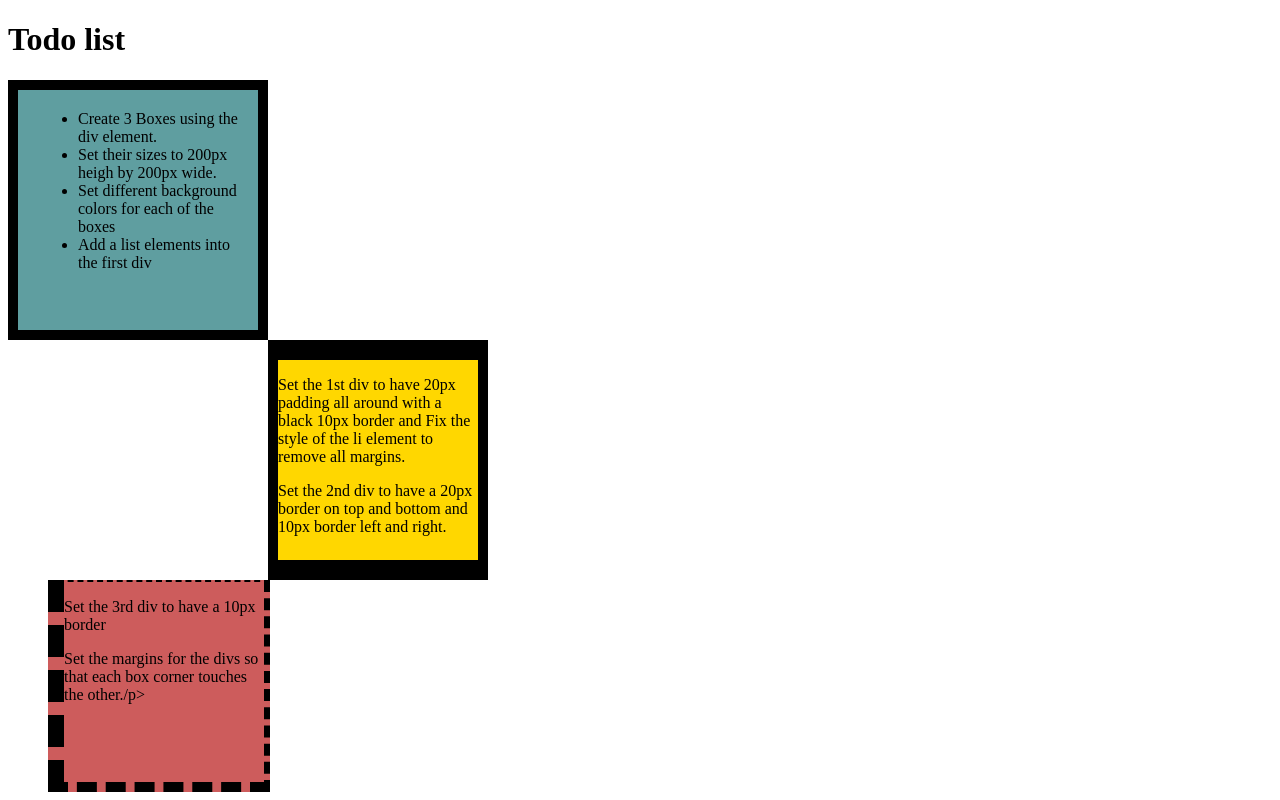
Repository: aniatot/CSS_KT
Page: 6.3 CSS Box Model/index.html
The author's editor kept a copy of each file at every save. The page is drawn from the files as they stood at one save, then again after the next save.
The browser window is 1280 px wide. The pictures show the whole page.

Above is the page before, as saved 2023-10-18 20:23:03.

After the next save:
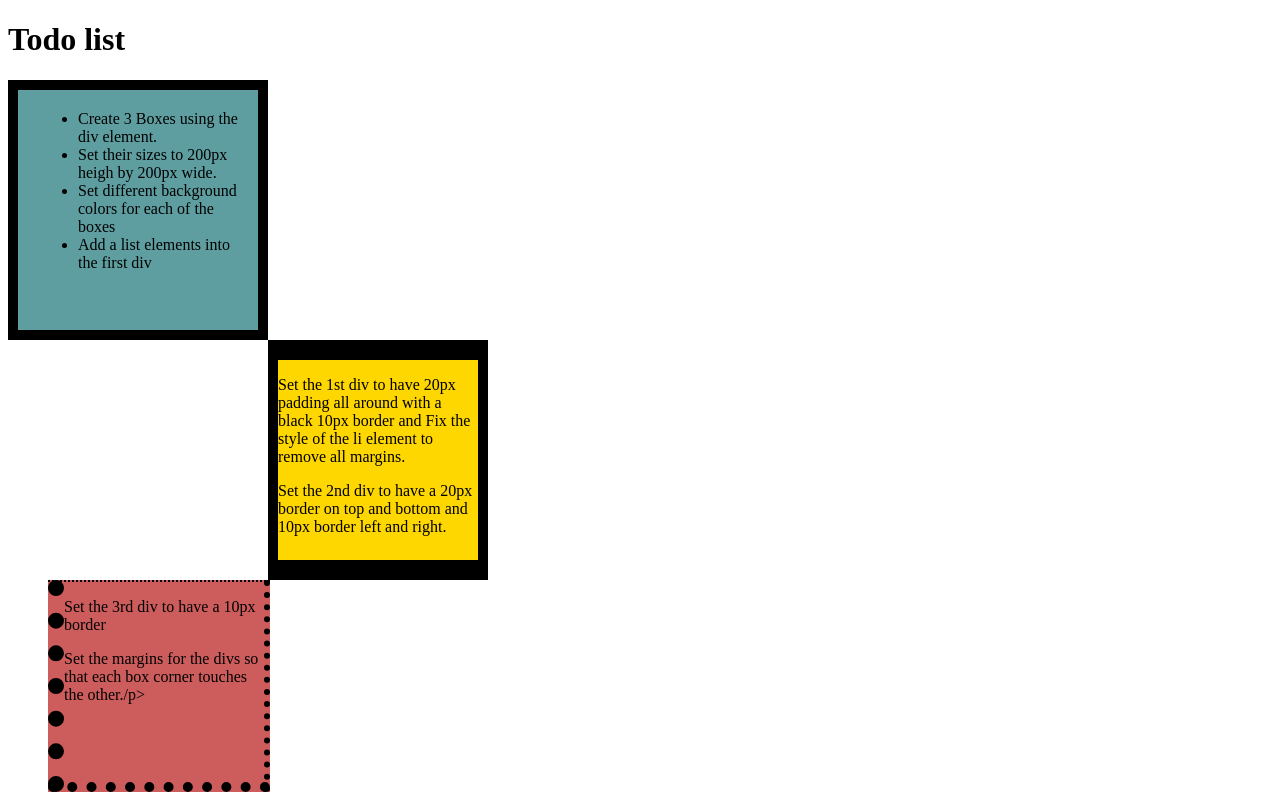
Saved 16 s later.
--- a/6.3 CSS Box Model/index.html
+++ b/6.3 CSS Box Model/index.html
@@ -30,7 +30,7 @@
 
     #third {
       background-color: indianred;
-      border: dashed black;
+      border: dotted black;
       border-width: 2px 6px 10px 16px;
       margin-left: 40px;
     }
